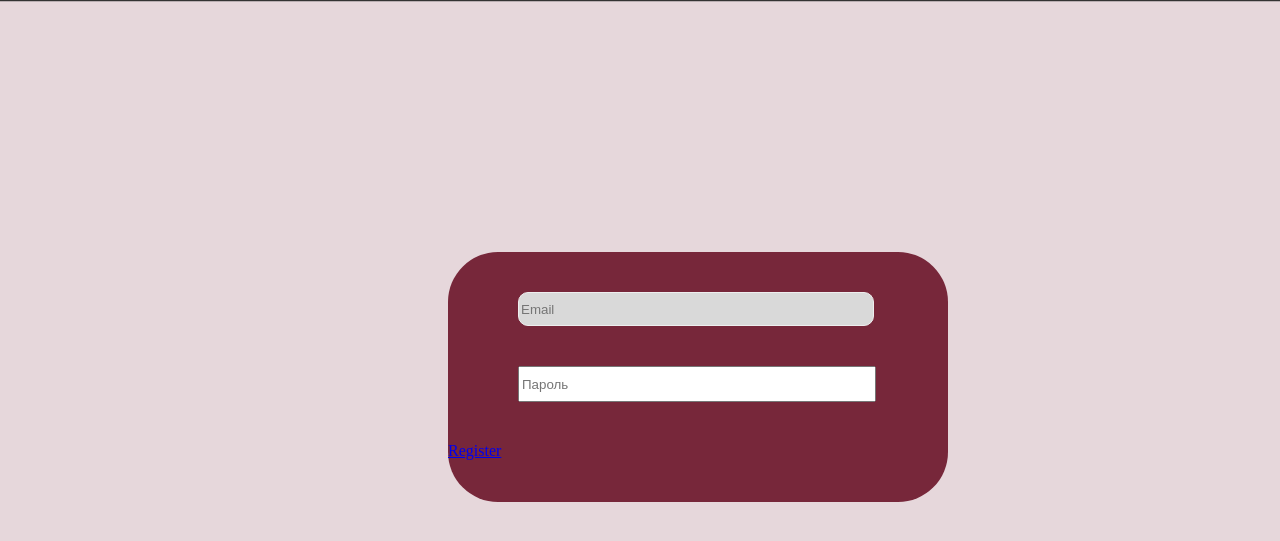
Repository: Kotya2001/FuzzyOps-App
Page: /login (app in frontend/my-app/)
The author's editor kept a copy of each file at every save. The page is drawn from the files as they stood at one save, then again after a run of saves.
The browser window is 1280 px wide. The pictures show the whole page.
The project was rebuilt for these pictures with package versions that can differ from the ones it lists, and the page was loaded fresh each time. Also part of the build but not shown: frontend/my-app/src/pages/Item.js, frontend/my-app/src/pages/Base.js, frontend/my-app/src/pages/Resources.js, frontend/my-app/src/pages/Register.js.

Above is the page before, as saved 2022-09-18 17:49:48.

After the next 2 saves:
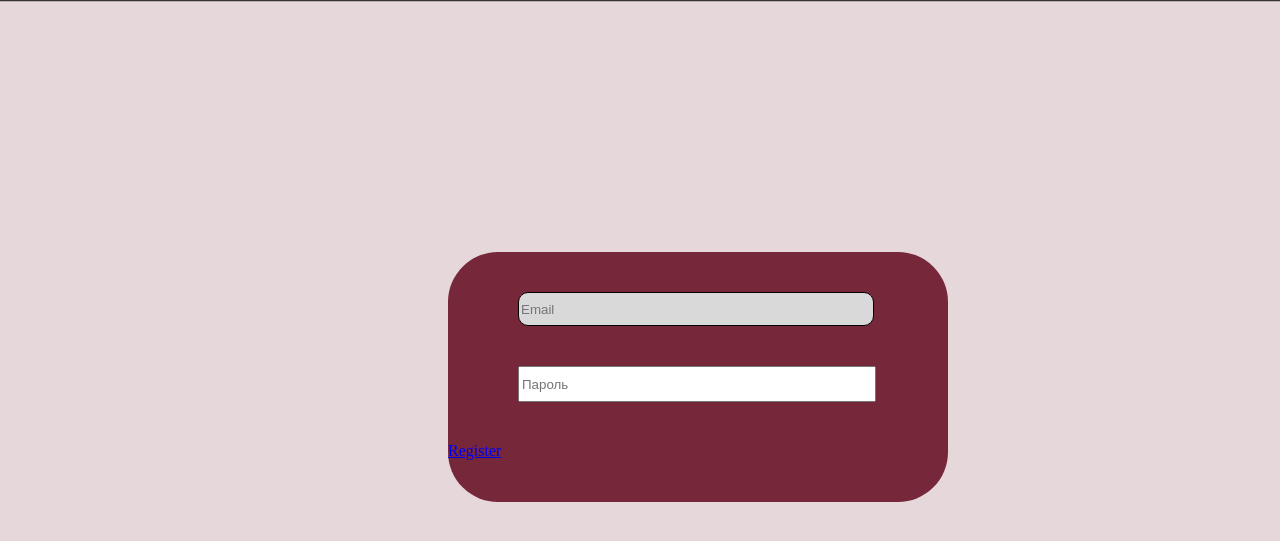
The 2 saves are shown as one change because they came seconds apart.
The last was saved 12 s later.
--- a/frontend/my-app/src/Styles.css
+++ b/frontend/my-app/src/Styles.css
@@ -118,7 +118,7 @@ input {
 .type-1 {
   border-radius:10px;
   background: #D9D9D9;
-  border: 1px solid #eee;
+  border: 1px solid #000000;
   transition: .3s border-color;
 }
 
